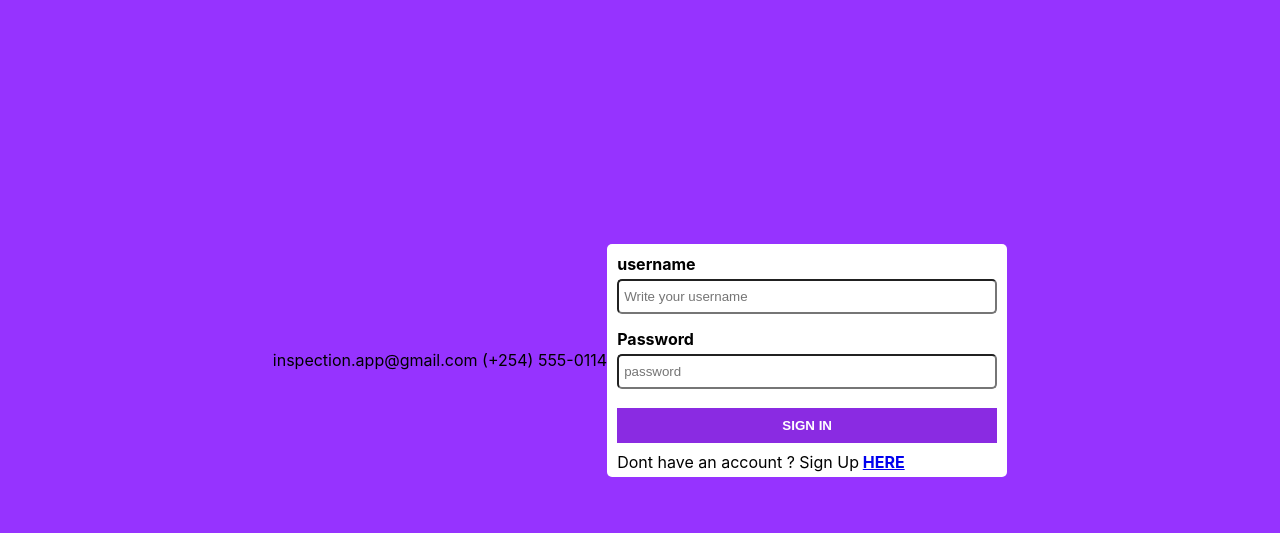
Repository: NDISHAW/Inspectionapp-rails
Page: public/signIn.html
The author's editor kept a copy of each file at every save. The page is drawn from the files as they stood at one save, then again after the next save.
The browser window is 1280 px wide. The pictures show the whole page.

Above is the page before, as saved 2022-10-09 04:26:07.

### public/signIn.html
<!DOCTYPE html>
<html lang="en">
  <head>
    <meta charset="UTF-8" />
    <meta http-equiv="X-UA-Compatible" content="IE=edge" />
    <meta name="viewport" content="width=device-width, initial-scale=1.0" />
    <title>Sign In</title>
    <link rel="stylesheet" href="style.css" />
    <script src="main.js"></script>
    <script src="https://unpkg.com/axios/dist/axios.min.js"></script>
    <!-- <script src="https://www.gstatic.com/firebasejs/9.8.4/firebase-app-compat.js"></script> -->
    <!-- <script src="https://www.gstatic.com/firebasejs/9.8.4/firebase-firestore-compat.js"></script> -->
    <!-- <script src="https://www.gstatic.com/firebasejs/9.8.4/firebase-auth-compat.js"></script> -->
  </head>
   <body data-bs-spy="scroll" data-bs-target=".navbar" data-bs-offset="70">


      <!-- TOP NAV -->
      <div class="top-nav navbar" id="home">
          <div class="container">
              <div class="row justify-content-between">
                  <div class="col-auto">
                      <p> <i class='bx bxs-envelope'></i> inspection.app@gmail.com</p>
                      <p> <i class='bx bxs-phone-call'></i> (+254) 555-0114</p>
                  </div>
                  <div class="col-auto social-icons">
                      <a href="#"><i class='bx bxl-facebook'></i></a>
                      <a href="#"><i class='bx bxl-twitter'></i></a>
                      <a href="#"><i class='bx bxl-instagram'></i></a>
                      <a href="#"><i class='bx bxl-pinterest'></i></a>
                  </div>
              </div>
          </div>
      </div>
    <div class="form">
      <!-- Email  -->
      <div class="email">
        <label for="username">username</label>
        <input
          type="username"
          name="username"
          id="username"
          placeholder="Write your username"
        />
      </div>
      <!-- passWord -->
      <div class="pass">
        <label for="password">Password</label>
        <input
          type="password"
          name="password"
          id="password"
          placeholder="password"
        />
      </div>

      <!-- Sign Up button -->
      <button id="submit-btn" onclick="signIn();">Sign In</button>
            <!-- Sign In option -->
      <p>Dont have an account ?</p>
      <span>Sign Up<a href="signup.html"> <u><b>HERE</b></u></a></span>
    </div>
    <script src="main.js"></script>
  </body>
</html>

### public/style.css
* {
    margin: 0;
    padding: 0;
    box-sizing: border-box;
}

body {
    display: flex;
    justify-content: center;
    align-items: center;
    height: 100vh;
    font-family: -apple-system, BlinkMacSystemFont, 'Segoe UI', Roboto, Oxygen, Ubuntu, Cantarell, 'Open Sans', 'Helvetica Neue', sans-serif;
    background-color: #9633FF;
}

.form {
    width: 400px;
    border-radius: 5px;
    background-color: white;
    /* height:fit-content;  */
    padding: 5px 10px;
}

label {
    display: block;
    font-weight: bolder;
    margin: 5px 0px;
}

input {
    width: 100%;
    padding: 8px 5px;
    border-radius: 5px;
    margin-bottom: 10px;
}

#submit-btn {
    border: none;
    background-color: blueviolet;
    width: 100%;
    padding: 10px 8px;
    color: white;
    font-weight: bolder;
    text-transform: uppercase;
    cursor: pointer;
    margin: 9px 0px;
}

p {
    font-size: 16px;
    border-radius: 10px;
    cursor: pointer;
    display: inline-block;
}

a {
    text-decoration: none;
    font-weight: bolder;
}


/*@import url(https://fonts.googleapis.com/css?family=Roboto:400,300,500);*/
*:focus {
    outline: none;

  }

### public/main.js
// // setting up firebase with our website
// const firebaseApp = firebase.initializeApp({
//         apiKey: "AIzaSyDF9DKF44fhzBzk5fZB5Mk4_21q4Ey2kxQ",
//         authDomain: "inspection-e4bf7.firebaseapp.com",
//         projectId: "inspection-e4bf7",
//         storageBucket: "inspection-e4bf7.appspot.com",
//         messagingSenderId: "94545597565",
//         appId: "1:94545597565:web:9e1d12415061541a4ecd14",
//         measurementId: "G-P207FELWW2"
//       });
// const db = firebaseApp.firestore();
// const auth = firebaseApp.auth();

// Sign up function
// function signUp(){
//     //DOM manupilation
//     const email = document.getElementById("email").value;
//     const password = document.getElementById("password").value;
//     const phone = document.getElementById("phone").value;
//     const licence_no = document.getElementById("licence_no").value;
//     const address = document.getElementById("address").value;
//     console.log(email, password)
//     // firebase code
//     firebase.auth().createUserWithEmailAndPassword(email, password)
//         .then((result) => {
//             // Signed in
//             document.write("You are Signed Up")
//             window.location = "dashboard.html";
//             console.log(result)
//             // ...
//         })
//         .catch((error) => {
//             console.log(error.code);
//             console.log(error.message)
//             // ..
//         });
// }




// Sign In function
// const username = document.getElementById("username").value;
// const password = document.getElementById("password").value;

function signIn() {
    const username = document.getElementById("username").value;
    const password = document.getElementById("password").value;
    // firebase code
    // firebase.auth().signInWithEmailAndPassword(email, password)
    axios
        .post("http://localhost:3000/api/login", {
            password: password,
            username: username,
            // phone: phone,
            // licence_no: licence_no,
            // address: address,
        })
        .then((result) => {
            // Signed in
            document.write("You are Signed In");
            // window.location = "form.html";
            window.location = "dashboard.html";

            console.log(result);
        })
        .catch((error) => {
            console.log(error.code);
            console.log(error.message);
        });
}

function signUp() {
  const username = document.getElementById("username").value;
  const email = document.getElementById("email").value;
  const password = document.getElementById("password").value;const phone = document.getElementById("phone").value;const licence_no = document.getElementById("licence_no").value;const address = document.getElementById("address").value;
  // firebase code
  // firebase.auth().signInWithEmailAndPassword(email, password)
  axios
    .post("http://localhost:3000/api/signup", {
      username: username,
      password: password,
      phone: phone,
      licence_no: licence_no,
      address: address,
      email: email,
    })
    .then((result) => {
      // Signed in
      document.write("You are Signed Up");
      // window.location = "form.html";
      window.location = "dashboard.html";

      console.log(result);
    })
    .catch((error) => {
      console.log(error.code);
      console.log(error.message);
    });
}

### public/css/style.css
@import url('https://fonts.googleapis.com/css2?family=Barlow:wght@400;500;600;700&display=swap');

:root {
    --brand: blueviolet;
    --dark: #092032;
    --body: #516171;
    --border: rgba(0,0,0,0.08);
    --shadow: 0px 6px 30px rgba(0, 0, 0, 0.08);

}

body {
    font-family: "Barlow", sans-serif;
    color: var(--body);
    line-height: 1.7;
}

h1,h2,h3,h4,h5,h6,
.display-1,.display-2,.display-3,.display-4 {
    font-weight: 700;
    color: var(--dark);
}

.bg-cover {
    background-size: cover;
    background-position: center;
    background-repeat: no-repeat;
}

img {
    width: 100%;
}

a {
    color: var(--dark);
    transition: all 0.4s ease;
    font-weight: 500;
}

a:hover {
    color: var(--brand);
}

section {
    padding-top: 80px;
    padding-bottom: 80px;
}

.text-brand {
    color: var(--brand) !important;
}


.hero-slider .owl-prev,
.hero-slider .owl-next{
    background-color: rgba(255, 255, 255, 0.3) !important;
    width: 60px !important;
    height: 60px !important;
    display: block;
    display: grid;
    place-items: center;
    color: #fff !important;
    border-radius: 100px;
    line-height: 0;
    border-radius: 100px !important;
    position: absolute;
    top: 50%;
    font-weight: 600 !important;
    font-size: 12px !important;
    transition: all 0.4s ease;
    margin-top: -30px !important;
}

.owl-prev {
    left: 0;
}
.owl-next {
    right: 0;
}

.hero-slider .owl-prev:hover,
.hero-slider .owl-next:hover {
    background-color: var(--brand) !important;
}

.owl-dot.active span{
    background-color: var(--brand) !important;
}


 /* slide */
 .slide {
     min-height: 100vh;
     display: flex;
     align-items: center;
     justify-content: center;
     position: relative;
}

.slide1 {
    background: linear-gradient(rgba(0, 0, 0, 0.4), rgba(0, 0, 0, 0.4)), url(../img/mec2.jpg);
    background-size: cover;
    background-position: center;
    background-repeat: no-repeat;
}

.slide2 {
    background: linear-gradient(rgba(0, 0, 0, 0.4), rgba(0, 0, 0, 0.4)), url(../img/world3.jpg);
    background-size: cover;
    background-position: center;
    background-repeat: no-repeat;
}

.slide .display-3 {
    text-transform: uppercase;
    color: #fff;
}

/* navbar */
.top-nav {
    background-color: var(--brand);
    color: #fff;
    padding-top: 5px;
    padding-bottom: 5px;
}

.top-nav p {
    display: inline-block;
    margin-bottom: 0;
    margin-right: 10px;
}

.top-nav span,
.top-nav i {
    vertical-align: middle;
}

.navbar {
    box-shadow: var(--shadow);
}

.social-icons a {
    width: 28px;
    height: 28px;
    display: inline-flex;
    color: #fff;
    background-color: rgba(255, 255, 255, 0.25);
    text-decoration: none;
    align-items: center;
    justify-content: center;
    border-radius: 100px;
}

.social-icons a:hover {
    background-color: #fff;
    color: var(--brand);
}

.navbar .navbar-nav .nav-link {
    color: var(--dark);
}

.navbar .navbar-nav .nav-link:hover {
    color: var(--brand);
}

.navbar .navbar-nav .nav-link.active {
    color: var(--brand);
}

.navbar-brand {
    font-size: 28px;
    font-weight: 700;
}

.navbar-brand .dot {
    color: var(--brand);
}

.btn {
    padding: 8px 26px;
}

.btn-brand {
    border-color: var(--brand);
    background-color: var(--brand);
    color: #fff;
}

.btn-brand:hover {
    background-color: #d64022;
    border-color: #d64022;
    color: #fff;
}

.intro {margin-bottom: 36px;
text-align: center;}

.intro p {
    max-width: 500px;
}
.intro h6{
    color: var(--brand);
    font-weight: 400;
    text-transform: uppercase;
}

.intro h1 {
    margin-top: 15px;
    margin-bottom: 15px;
}

.info-box {
    align-items: center;
    display: flex;
}

.info-box img {
    width: 90px;
}


#milestone {
    background: linear-gradient(rgba(136, 42, 143, 0.85), rgba(48, 181, 123, 0.85)), url(../img/inspe.jpg);
    background-size: cover;
    background-position: center;
    background-repeat: no-repeat;
}

#milestone h1,
#milestone p {
    color: #fff;
}

.service {
    padding: 32px;
    background-color: #fff;
    box-shadow: var(--shadow);
}

.service h5 {
    margin-top: 24px;
    margin-bottom: 14px;
}

.service img {
    width: 90px;
}


.project {
    position: relative;
    overflow: hidden;
    z-index: 2;
}

.project h6 {
    font-weight: 400;
}

.project h6::before {
    content: "";
    height: 2px;
    width: 30px;
    display: inline-block;
    background: var(--brand);
    vertical-align: middle;
    margin-right: 10px;
}


.project .overlay {
    width: 100%;
    height: 220px;
    position: absolute;
    bottom: 0;
    left: 0;
    background: linear-gradient(180deg, rgba(255, 76, 41, 0) 0%, var(--dark) 100%);
}

.project .content {
    position: absolute;
    left: 10%;
    bottom: 10%
}

.project h2,
.project h6 {
    color: #fff;
}

.team-member {
    text-align: center;
}

.team-member .image{
    position: relative;
    z-index: 2;
    overflow: hidden;
}

.team-member .overlay {
    width: 100%;
    height: 100%;
    position: absolute;
    left: 0;
    top: -10%;
    background-color: rgba(255, 77, 41, 0.7);
    opacity: 0;
    transition: all 0.4s ease;
}

.team-member h5 {
    margin-top: 16px;
    margin-bottom: 4px;
}

.team-member .social-icons {
    position: absolute;
    top: 60%;
    left: 50%;
    transform: translate(-50%, -50%);
    z-index: 2;
    opacity: 0;
    transition: all 0.4s ease;
}

.team-member .social-icons a {
    width: 40px;
    height: 40px;
}

.team-member:hover .social-icons {
    top: 50%;
    opacity: 1;
}

.team-member:hover .overlay {
    top: 0%;
    opacity: 1;
}

#reviews {

    background: linear-gradient(-90deg, rgba(8, 32, 50, 0.8), rgba(8, 32, 50, 0.8)), url(../img/imago.jpg), #082032;;
    background-size: cover;
    background-position: center;
    background-repeat: no-repeat;
}

.review {
    text-align: center;
    z-index: 2;
    position: relative;
    margin: 15px;
    max-width: 768px;
    margin: auto;
}

.review .bxs-quote-alt-left {
    font-size: 120px;
    position: absolute;
    opacity: 0.1;
    left: 50%;
    top: 50%;
    transform: translate(-50%, -50%);
    color: #fff;
}

.review img {
    width: 80px !important;
    height: 80px;
    border-radius: 100px;
    margin: auto;
}

.review h5 {
    margin-top: 16px;
    margin-bottom: 4px;
    color: #fff;
}

.review h3 {
    margin-top: 26px;
    margin-bottom: 26px;
    font-size: 22px;
    color: #fff;
    font-weight: 400;
    line-height: 1.7;
}

.review small {
    color: var(--brand);
}

.review .stars {
    color: var(--brand);
}

.blog-post {
    position: relative;
    background-color: #fff;
    box-shadow: var(--shadow);
}

.blog-post .content {
    padding: 32px;
}

.blog-post a {
    position: absolute;
    top: 20px;
    left: 20px;
    background-color: var(--brand);
    padding: 2px 12px;
    border-radius: 100px;
    text-decoration: none;
    color: #fff;
}

.blog-post h5 {
    margin-top: 12px;
    margin-bottom: 12px;
}

.blog-post small {
    text-transform: uppercase;
    color: var(--brand);
    text-decoration: underline;
}

footer {
    background: linear-gradient(0deg, rgba(8, 32, 50, 0.9), rgba(8, 32, 50, 0.9)), url(../img/teammech.jpg), #082032;;
    background-size: cover;
    background-position: center;
    background-repeat: no-repeat;
}

footer .footer-top {
    padding-top: 80px;
    padding-bottom: 40px;
}

.footer-bottom {
    border-top: 1px solid rgba(255, 255, 255, 0.1);
    padding-bottom: 20px;
    padding-top: 20px;
}

footer .navbar-brand {
    color: #fff;
}

footer p {
    color: #ADB3B9;
}

footer .social-icons a {
    width: 50px;
    height: 50px;
    font-size: 20px;
    margin-left: 4px;
    margin-right: 4px;
}

.loader {
    min-height: 100vh;
    display: flex;
    align-items: center;
    justify-content: center;
    background-color: red;
    z-index: 99999;
    position: fixed;
    left: 0;
    right: 0;
}


input.form-control {
    border-color: transparent;
    height: 44px;
}

.form-control {
    background-color: rgba(0, 0, 0, 0.04);
    border-color: rgba(0, 0, 0, 0.04);;
}

.form-control:focus {
    box-shadow: none;
    border-color: var(--brand);
}
.form {
    width: 400px;
    border-radius: 5px;
    background-color: white;
    height:fit-content;
    padding: 5px 10px;
    background-color: #9633FF;
}
label {
    display: block;
    font-weight: bolder;
    margin: 5px 0px;
}

input {
    width: 100%;
    padding: 8px 5px;
    border-radius: 5px;
    margin-bottom: 10px;
}

#submit-btn {
    border: none;
    background-color: blueviolet;
    width: 100%;
    padding: 10px 8px;
    color: white;
    font-weight: bolder;
    text-transform: uppercase;
    cursor: pointer;
    margin: 9px 0px;
}

p {
    font-size: 16px;
    border-radius: 10px;
    cursor: pointer;
    display: inline-block;
}

a {
    text-decoration: none;
    font-weight: bolder;
}


/*@import url(https://fonts.googleapis.com/css?family=Roboto:400,300,500);*/
*:focus {
    outline: none;

}

Loaded but not shown: public/css/bootstrap.min.css (library); public/css/owl.carousel.min.css (library); public/css/owl.theme.default.min.css (common file)

After the next save:
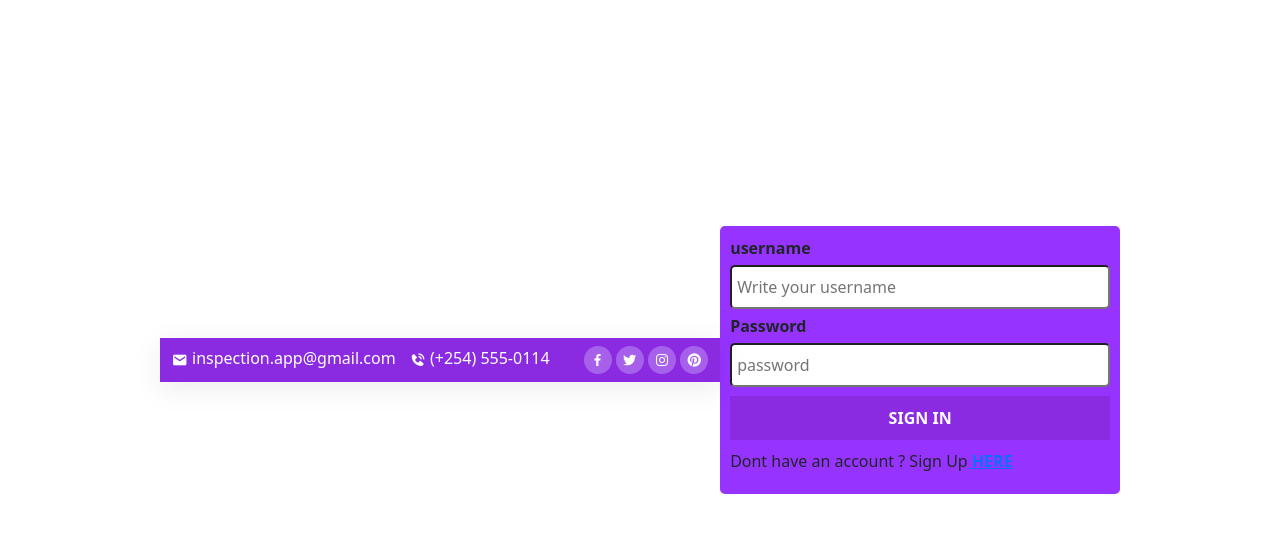
Saved 19 s later.
--- a/public/signIn.html
+++ b/public/signIn.html
@@ -8,9 +8,11 @@
     <link rel="stylesheet" href="style.css" />
     <script src="main.js"></script>
     <script src="https://unpkg.com/axios/dist/axios.min.js"></script>
-    <!-- <script src="https://www.gstatic.com/firebasejs/9.8.4/firebase-app-compat.js"></script> -->
-    <!-- <script src="https://www.gstatic.com/firebasejs/9.8.4/firebase-firestore-compat.js"></script> -->
-    <!-- <script src="https://www.gstatic.com/firebasejs/9.8.4/firebase-auth-compat.js"></script> -->
+    <link rel="stylesheet" href="css/style.css">
+    <link rel="stylesheet" href="css/bootstrap.min.css">
+    <link rel="stylesheet" href="css/owl.carousel.min.css">
+    <link rel="stylesheet" href="css/owl.theme.default.min.css">
+    <link href='https://unpkg.com/boxicons@2.1.1/css/boxicons.min.css' rel='stylesheet'>
   </head>
    <body data-bs-spy="scroll" data-bs-target=".navbar" data-bs-offset="70">
 
